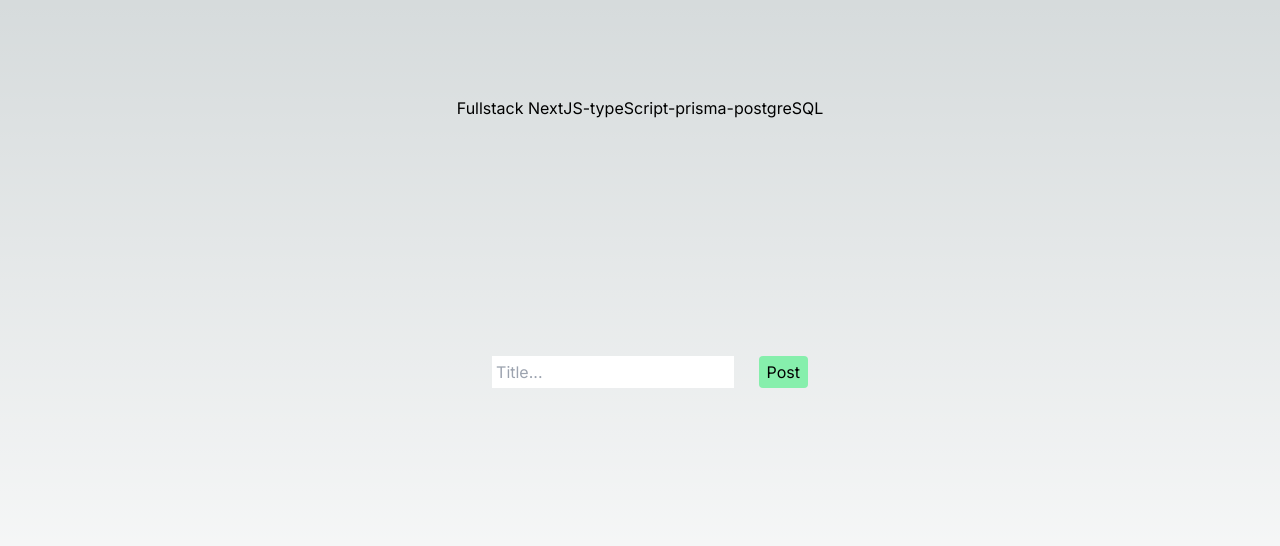
Repository: badhon252/fullstack-next-typescript-prisma-stuff
Page: /
These files come from the project's save history. The page is drawn as it stood at one moment and after the next save; the edit follows.
The browser window is 1280 px wide. The pictures show the whole page.
The page's requests for data from a server got no answer. The project was rebuilt for these pictures with package versions that can differ from the ones it lists, and the page was loaded fresh each time. The framework's server and built-in components were replaced by stand-ins that run in the browser. No one was signed in, and anything a server would have sent is missing. Also part of the build but not shown: next.config.js.

Above is the page before, as saved 2023-05-12 02:36:21.

### app/layout.tsx
import "./globals.css";
import { Inter } from "next/font/google";

const inter = Inter({ subsets: ["latin"] });

export const metadata = {
  title: "TalentForge",
  description: "Generated by create next app",
};

export default function RootLayout({
  children,
}: {
  children: React.ReactNode;
}) {
  return (
    <html lang="en">
      <body className={inter.className}>{children}</body>
    </html>
  );
}

### app/page.tsx
"use client";
import { useEffect, useState } from "react";
import FormData from "./Form";
import { useRouter } from "next/navigation";

interface Post {
  id: number;
  title: string;
}

async function getPosts(): Promise<Post[]> {
  try {
    const response = await fetch(`/api/getPosts`);
    if (!response.ok) {
      throw new Error("Unable to fetch posts");
    }
    return response.json();
  } catch (error) {
    console.error("Error fetching posts:", error);
    return [];
  }
}

export default function Home() {
  const [posts, setPosts] = useState<Post[]>([]);
  const router = useRouter();

  useEffect(() => {
    async function fetchData() {
      try {
        const data = await getPosts();
        console.log("Fetched posts:", data);
        setPosts(data);
      } catch (error) {
        console.error("Error fetching posts:", error);
      }
    }
    router.refresh();

    fetchData();
  }, []);

  console.log("Posts:", posts);

  return (
    <main className="flex min-h-screen flex-col items-center justify-between p-24">
      <h1>Fullstack NextJS-typeScript-prisma-postgreSQL</h1>
      <FormData />
      <ul className="post">
        {posts.map((post) => (
          <li key={post.id}>
            <h1 className="text-3xl">{post.title}</h1>
          </li>
        ))}
      </ul>
    </main>
  );
}

### app/Form.tsx
"use client";
import { useRouter } from "next/navigation";
import React, { useState } from "react";

export default function FormData() {
  const [title, setTitle] = useState("");
  // const [content, setContent] = useState("");
  const router = useRouter();

  //Create a submit post
  async function submitPost(e: React.FormEvent) {
    e.preventDefault();
    const data = await fetch("/api/createPost", {
      method: "POST",
      body: JSON.stringify({ title }),
    });
    const res = await data.json();
    router.refresh();
    if (!res.ok) console.log(res.message);
    setTitle("");
    // setContent("");
  }
  return (
    <form onSubmit={submitPost}>
      <input
        className="bg-gray m-5 p-1 text-black"
        type="text"
        name="title"
        placeholder="Title..."
        onChange={(e) => setTitle(e.target.value)}
        value={title}
      />{" "}
      {/* <textarea
        className="bg-gray m-5 p-1 text-black"
        name="content"
        placeholder="Content..."
        onChange={(e) => setContent(e.target.value)}
        value={content}
      /> */}
      <button
        type="submit"
        className="bg-green-300 py-1 px-2 hover:bg-green-600 rounded text-black"
      >
        Post
      </button>
    </form>
  );
}

Loaded but not shown: app/globals.css (common file); tailwind.config.js (common file)

After the next save:
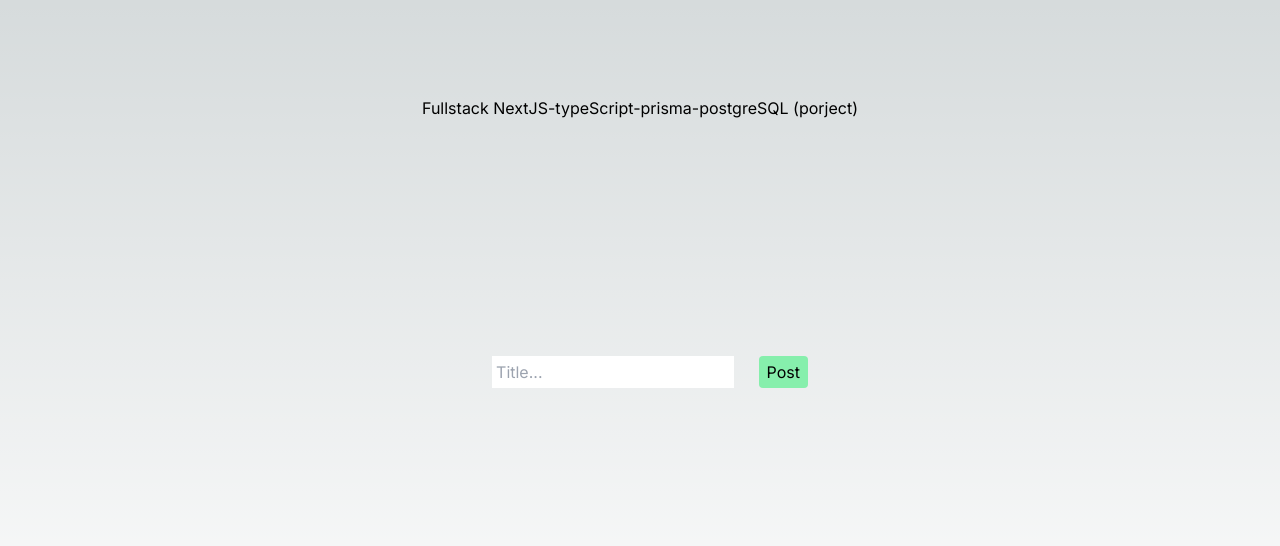
Saved 17 s later.
--- a/app/page.tsx
+++ b/app/page.tsx
@@ -44,7 +44,7 @@
 
   return (
     <main className="flex min-h-screen flex-col items-center justify-between p-24">
-      <h1>Fullstack NextJS-typeScript-prisma-postgreSQL</h1>
+      <h1>Fullstack NextJS-typeScript-prisma-postgreSQL (porject)</h1>
       <FormData />
       <ul className="post">
         {posts.map((post) => (
